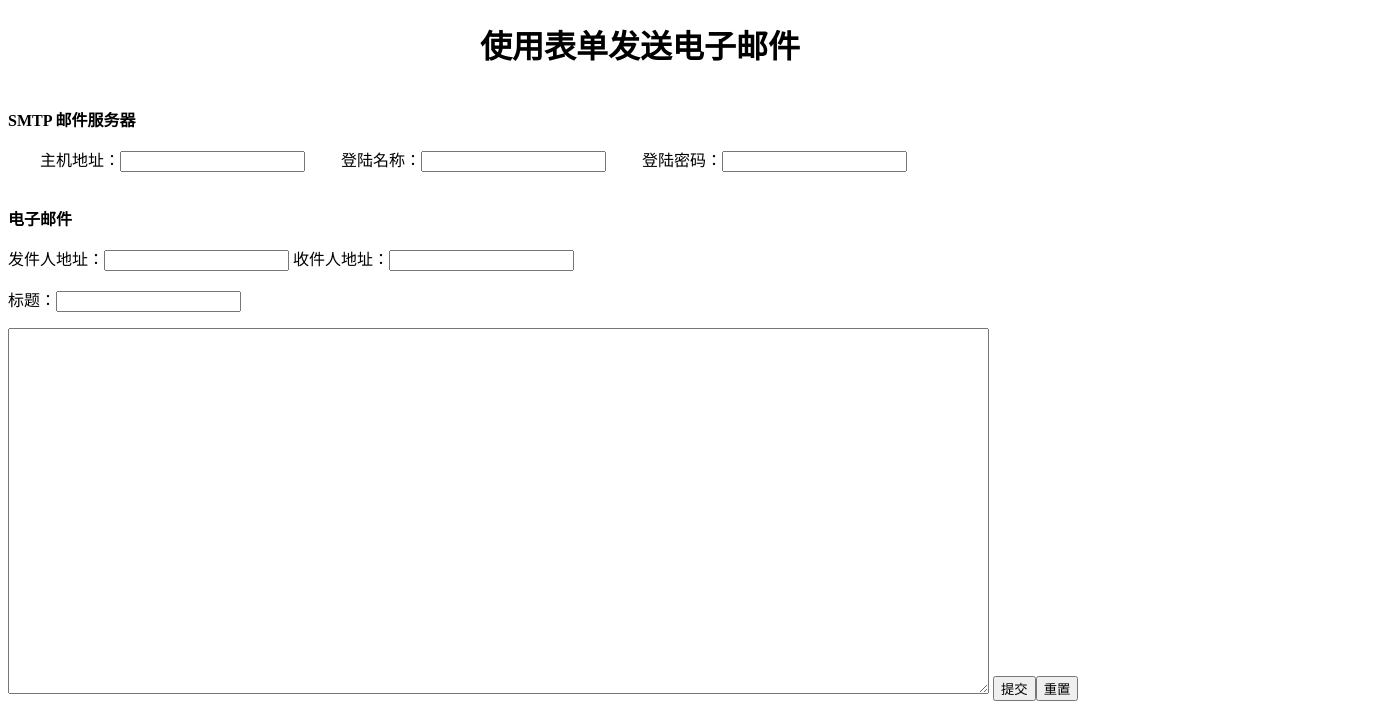
Repository: eterinfi/java
Page: jee/JSPDemo/WebContent/sendemail.html
The author's editor kept a copy of each file at every save. The page is drawn from the files as they stood at one save, then again after the next save.
The browser window is 1280 px wide. The page is 1280 px wide, then 1378 px, so the pictures cover 1378 px, including what lies to the right of the window. The pictures show the whole page.

Above is the page before, as saved 2016-11-15 10:52:54.

### jee/JSPDemo/WebContent/sendemail.html
<!DOCTYPE html>
<html>
<head>
  <meta charset="UTF-8">
  <title>使用表单发送电子邮件</title>
</head>
<body>
  <h1 align="center">使用表单发送电子邮件</h1>
  <br />
  <form action="SendSubmittedEmail.jsp" method="POST">
    <label><strong>SMTP 邮件服务器</strong></label>
    <p>
      <span>　　主机地址：<input type="text" name="host" /></span>
      <span>　　登陆名称：<input type="text" name="user" /></span>
      <span>　　登陆密码：<input type="password" name="password" /></span>
    </p>
    <br />
    <label><strong>电子邮件</strong></label>
    <p>
      <span>    发件人地址：<input type="text" name="from" /></span>
      <span>    收件人地址：<input type="text" name="to" /></span>
    </p>
    <p>    标题：<input type="text" name="subject" /></p>
    <textarea name="body" cols="120" rows="24">
    </textarea>
    <button type="submit">提交</button><button type="reset">重置</button>
  </form>
</body>
</html>

After the next save:
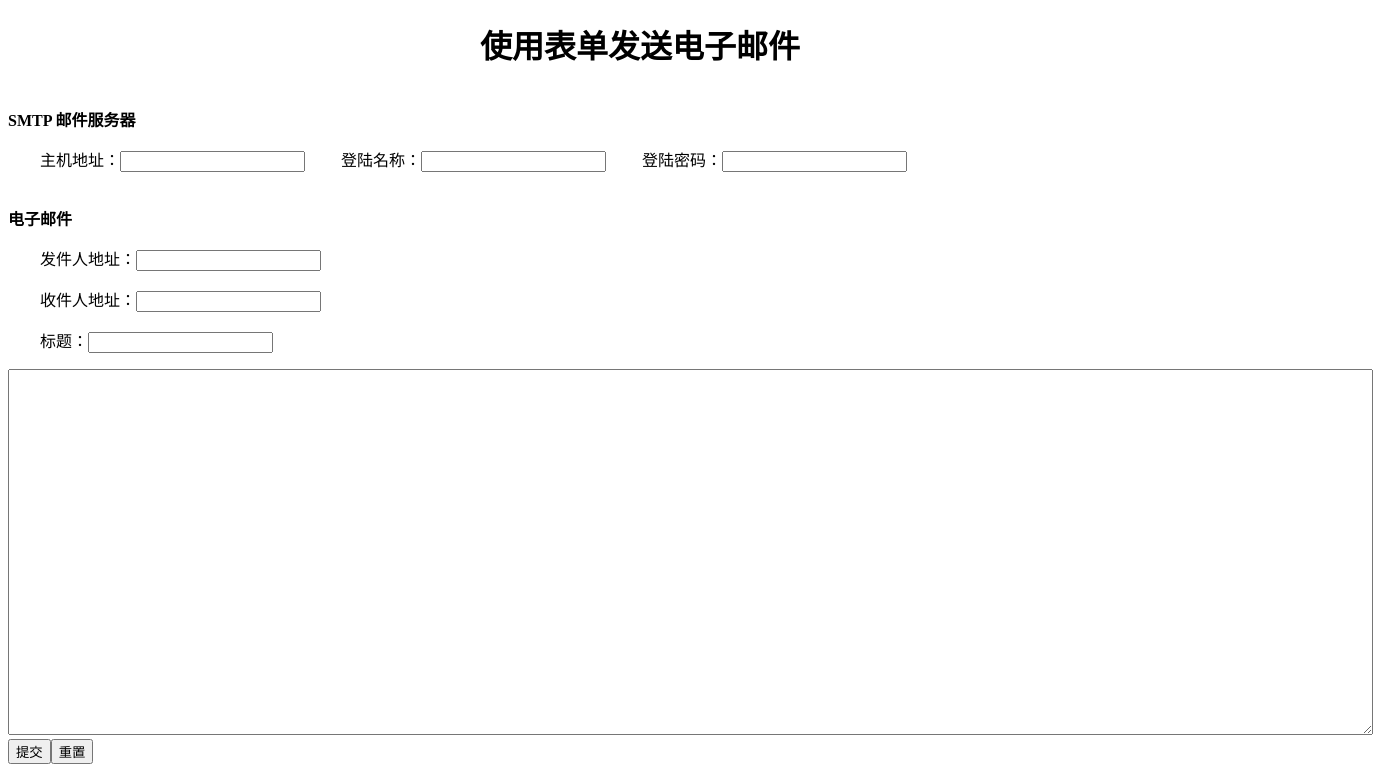
Saved 89 s later.
--- a/jee/JSPDemo/WebContent/sendemail.html
+++ b/jee/JSPDemo/WebContent/sendemail.html
@@ -16,12 +16,10 @@
     </p>
     <br />
     <label><strong>电子邮件</strong></label>
-    <p>
-      <span>    发件人地址：<input type="text" name="from" /></span>
-      <span>    收件人地址：<input type="text" name="to" /></span>
-    </p>
-    <p>    标题：<input type="text" name="subject" /></p>
-    <textarea name="body" cols="120" rows="24">
+    <p>　　发件人地址：<input type="text" name="from" /></p>
+    <p>　　收件人地址：<input type="text" name="to" /></p>
+    <p>　　标题：<input type="text" name="subject" /></p>
+    <textarea name="body" cols="168" rows="24">
     </textarea>
     <button type="submit">提交</button><button type="reset">重置</button>
   </form>
